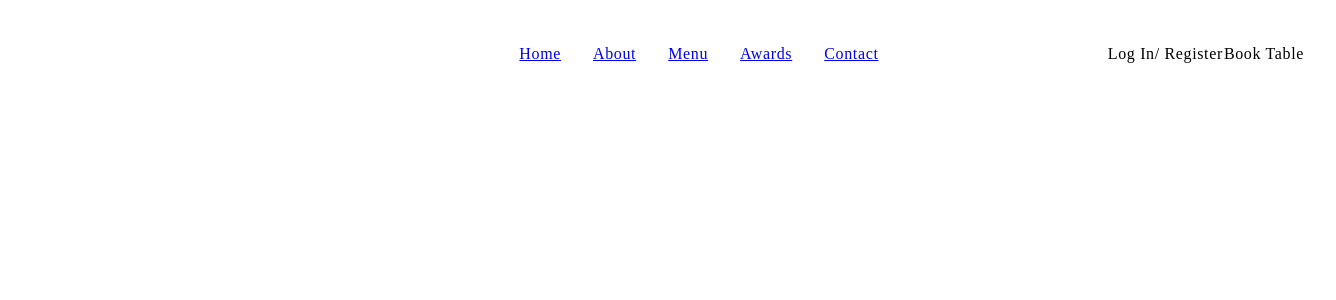
Repository: remydev47/restaurant
Page: /
These files come from the project's save history. The page is drawn as it stood at one moment and after the next save; the edit follows.
The browser window is 1280 px wide. The page is 1336 px wide, so the pictures cover 1336 px, including what lies to the right of the window. The pictures show the whole page.
The project was rebuilt for these pictures with package versions that can differ from the ones it lists, and the page was loaded fresh each time. Also part of the build but not shown: src/container/AboutUs/AboutUs.css, src/container/Chef/Chef.css, src/container/Header/Header.css, src/container/Menu/SpecialMenu.css, src/components/SubHeading/SubHeading.jsx, src/components/Footer/Newsletter.jsx, src/components/Footer/FooterOverlay.jsx, src/components/Menuitem/MenuItem.css and 1 more.

Above is the page before, as saved 2022-03-15 10:45:44.

After the next save:
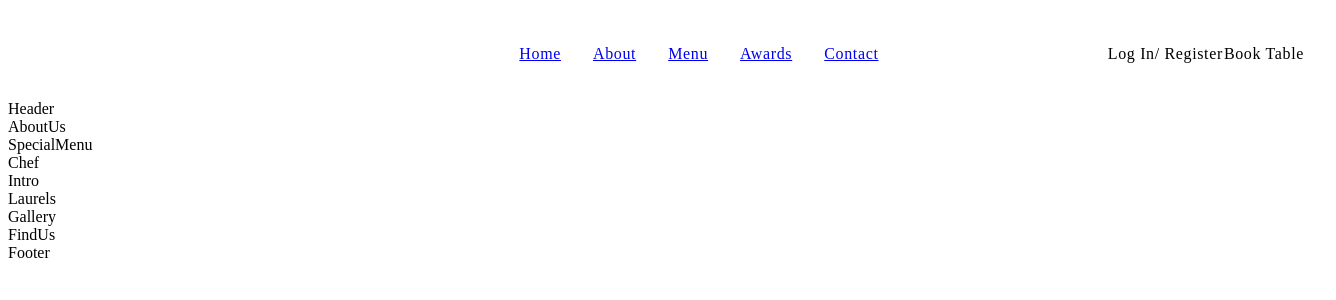
Saved 80 s later.
--- a/src/App.js
+++ b/src/App.js
@@ -7,7 +7,7 @@ import './App.css';
 const App = () => (
   <div>
     <Navbar />
-    {/* <Header />
+    <Header />
     <AboutUs />
     <SpecialMenu />
     <Chef />
@@ -15,7 +15,7 @@ const App = () => (
     <Laurels />
     <Gallery />
     <FindUs />
-    <Footer /> */}
+    <Footer />
   </div>
 );
 
